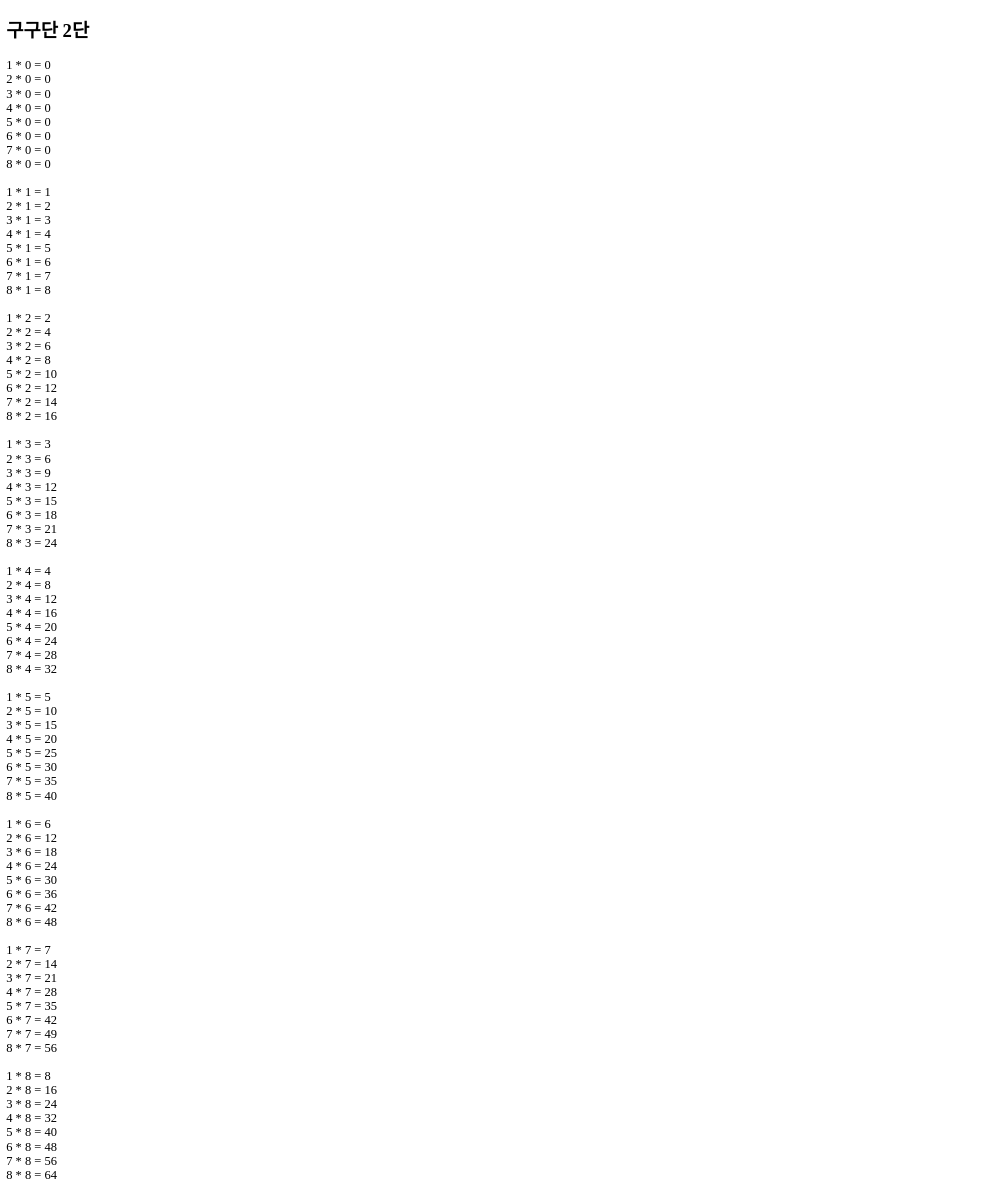
Repository: poiup/jsp_practice
Page: http://localhost/20210128/jspTag/Scriptlet.jsp
These files come from the project's save history. The page is drawn as it stood at one moment and after the next save; the edit follows.
The browser window is 1280 px wide. The pictures show the whole page, at 78% of full size.
The page is served by Tomcat 9.

Above is the page before, as saved 2022-01-28 02:45:10.

After the next save:
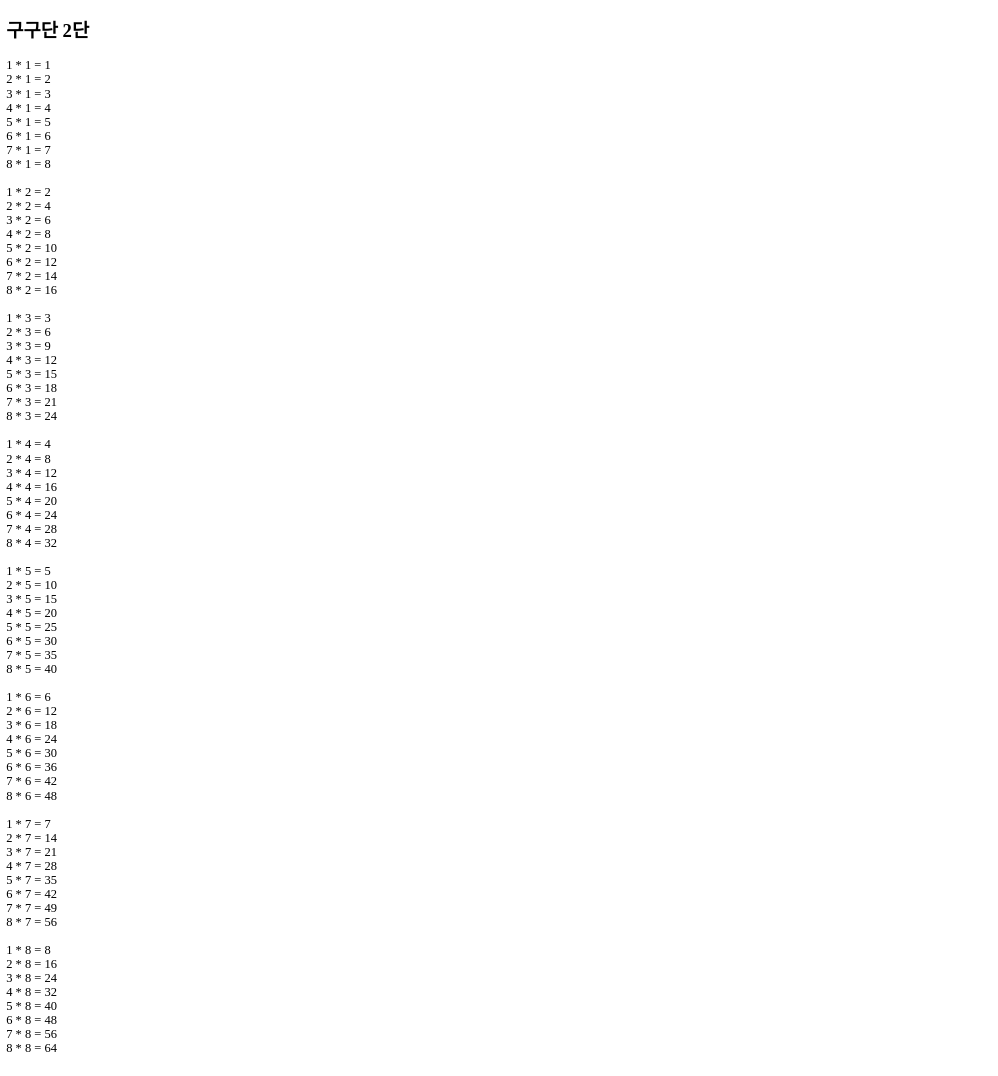
Saved 11 s later.
--- a/20210128/src/main/webapp/jspTag/Scriptlet.jsp
+++ b/20210128/src/main/webapp/jspTag/Scriptlet.jsp
@@ -12,7 +12,7 @@
 	out.println()은 html화면에 괄호 내 구문을 콘솔에 찍히게 해줍니다.
 	(javascript의 document.write()와 같은역활 -->
 	<h2>구구단 2단</h2>
-	<% for(int i = 0; i< 9; i++){
+	<% for(int i = 1; i< 9; i++){
 		for(int j = 1; j< 9; j++){
 		out.println(j + " * " + i + " = " + j*i);
 	%></br><%
